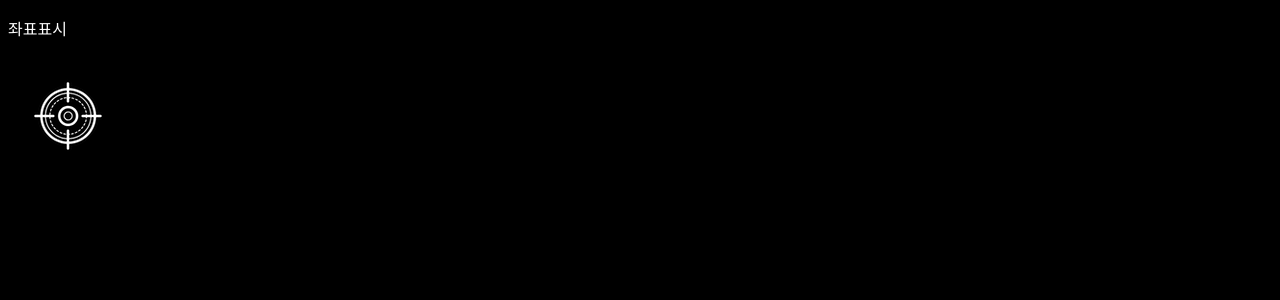
Repository: GoodHoneyCake/Dream_Coding_Academy5
Page: coordinates/index.html
An editor plug-in stored every save of this project. The page is shown before and after a run of saves, followed by the edit.
The browser window is 1280 px wide. The pictures show the whole page.

Above is the page before, as saved 2021-01-28 14:35:24.

After the next 2 saves:
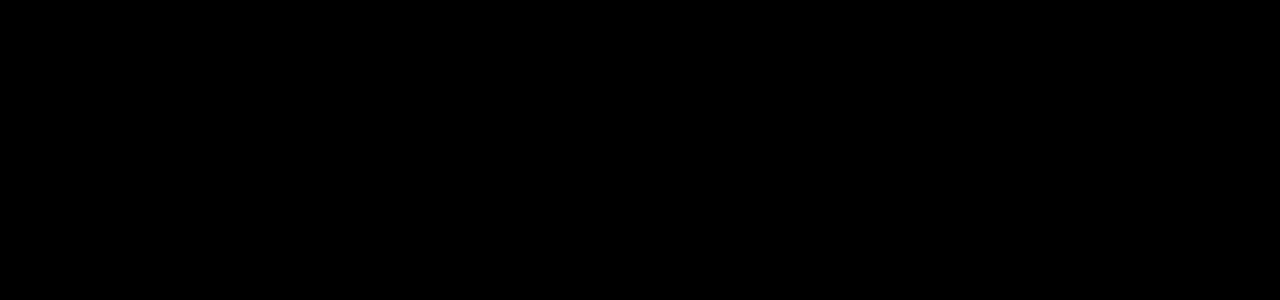
The 2 saves are shown as one change because they came seconds apart.
The last was saved 8 s later.
--- a/coordinates/index.html
+++ b/coordinates/index.html
@@ -8,7 +8,9 @@
     <link rel="stylesheet" href="style.css" />
   </head>
   <body>
-    <p>좌표표시</p>
-    <img src="img/target.png" alt="target" />
+    <canvas
+      ><p>좌표표시</p>
+      <img src="img/target.png" alt="target"
+    /></canvas>
   </body>
 </html>

After the save that followed:
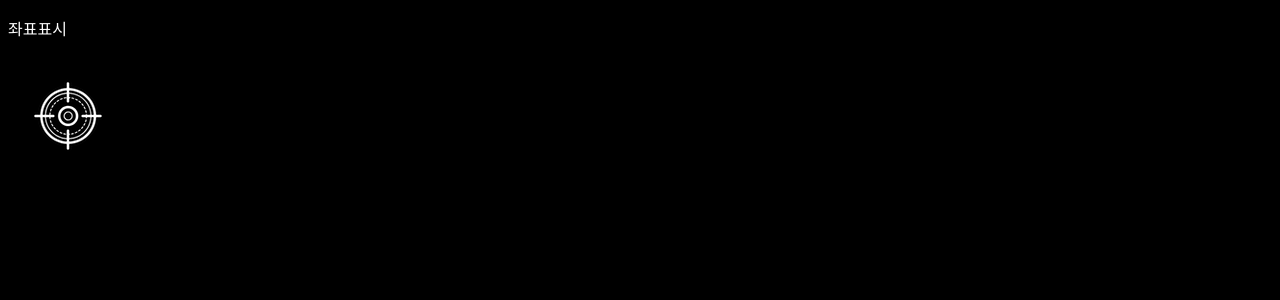
Saved 16 s later.
--- a/coordinates/index.html
+++ b/coordinates/index.html
@@ -8,9 +8,7 @@
     <link rel="stylesheet" href="style.css" />
   </head>
   <body>
-    <canvas
-      ><p>좌표표시</p>
-      <img src="img/target.png" alt="target"
-    /></canvas>
+    <p>좌표표시</p>
+    <img src="img/target.png" alt="target" />
   </body>
 </html>
